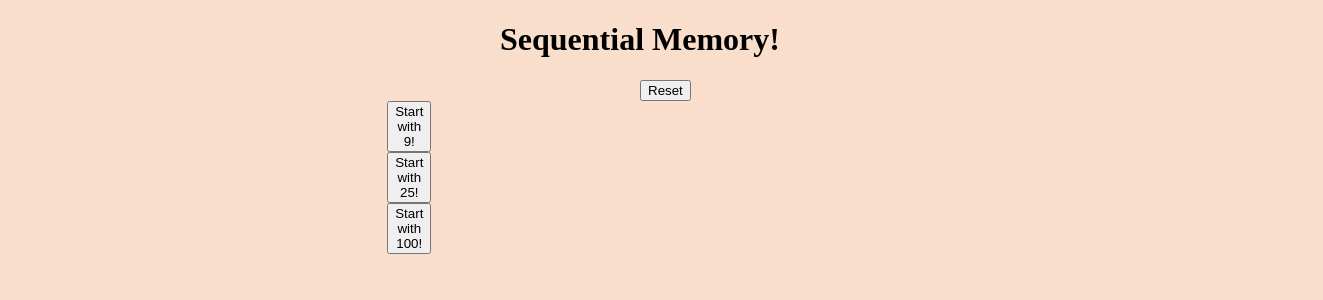
Repository: HyveMynd/htdocs
Page: PS1/MemoryNumbers.html
These files come from the project's save history. The page is drawn as it stood at one moment and after the next save; the edit follows.
The browser window is 1280 px wide. The page is 1323 px wide, so the pictures cover 1323 px, including what lies to the right of the window. The pictures show the whole page.
Some web libraries are served in a nearby version.

Above is the page before, as saved 2013-01-22 04:26:50.

### PS1/MemoryNumbers.html
<!DOCTYPE html PUBLIC "-//W3C//DTD HTML 4.01 Transitional//EN" "http://www.w3.org/TR/html4/loose.dtd">
<html>
<head>
<meta http-equiv="Content-Type" content="text/html; charset=UTF-8">
<link rel="stylesheet" href="MemoryStyle.css" type="text/css" />
<script type="text/javascript" src="https://ajax.googleapis.com/ajax/libs/jquery/1.7.1/jquery.min.js"></script>
<script src="memory.js" type="text/javascript" ></script>
<title>Number Memory</title>
</head>
<body>
<h1>Sequential Memory!</h1>
<input id=reset type=button onclick=window.location.reload() value=Reset />
<div class=gameboard ></div>
<div class=select>
	<button id=num3 onclick="displayBoard(3)">Start with 9!</button>
	<button id=num5 onclick="displayBoard(5)">Start with 25!</button>
	<button id=num10 onclick="displayBoard(10)">Start with 100!</button>
</div>
</body>
</html>

### PS1/MemoryStyle.css
@CHARSET "UTF-8";
body { background-color:#f9dfcb; }
h1 { text-align:center; color:black }
table {
	text-align:center;
	color:black;
	border: 5px solid black;
	border-collapse:collapse;
	margin:auto;
	font-size:50px;
}
tr { border: 5px solid black; height: 100px; width: 100px; }
td { border: 5px solid black; height: 100px; width: 100px; }
p {text-align:center; font-size:30px}
.gameboard input {
	height:90px;
	width:90px;
	background-color:#faaaab;
	font-size:30px;
	color:#faaaab;
}
.select {
	margin-left:30%;
	margin-right:75%;
}
#reset {
	margin-left:50%;
	margin-right:50%;
}

### PS1/memory.js
var current = 0;
var numbers = new Array();
var rowsColumns;

function displayNumber(button){
	//show number in black
	$(button).css({color:"#000000"});
	var selected = $(button).val();
	//if the number is sequential, do not fade
	if (selected == current+1){
		current++;
	}
	//else reset the numbers to be invisible
	else{
		window.setTimeout(function () {showbutton();}, 500);
		current=0;
	}
	//check for game completion
	if(current == rowsColumns*rowsColumns){
		gameComplete();
	}
}

function showbutton(){
	//reset all the numbers back to blank
	$(".gameboard input").css({color:"#faaaab"});
}

function mouseDown(e){
	displayNumber();
}

function displayBoard(num){
	rowsColumns = num;
	for (var i = 0; i < num*num; i++){
		numbers[i] = i+1;
	}

	//add the buttons to the gameboard
	var board = "<table>";
	for (var r = 0; r < num; r++){
		var row = "<tr>";
		for (var c = 0; c < num; c++){
			var key = Math.floor(Math.random() * numbers.length-1);
			var number = numbers.splice(key, 1);
			//randomly select array numbers
			row += "<td><input type=button value="+number+" /></td>";
		}
		row += "</tr>";
		board += row;
	}
	board += "</table>";
	$(".gameboard").append(board);
	$("#twentyfive").hide();

	//tie gameboard buttons
	$(".gameboard input").click(function () { play(this); });
}

function play(button){
	//get the row and column of the button
	var td = $(button).parent();
	var col = td.parent().children().index(td);
	var row = td.parent().parent().children().index(td.parent());

	//toggle the number to display
	toggle(row, col);
}

function toggle (r,c){
	var button = $(".gameboard input").get(r*rowsColumns+c);
	displayNumber(button);
}

function gameComplete(){
	window.alert("Congratulations! You have won!");
}

After the next save:
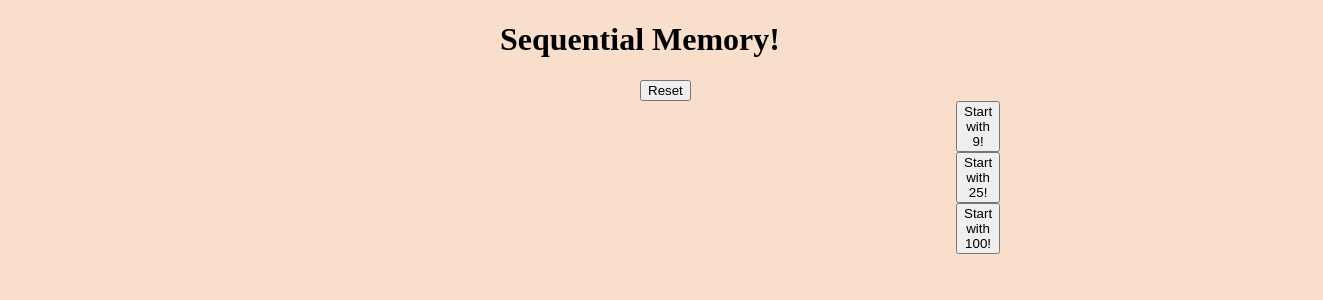
Saved 6 s later.
--- a/PS1/MemoryStyle.css
+++ b/PS1/MemoryStyle.css
@@ -20,7 +20,7 @@ p {text-align:center; font-size:30px}
 	color:#faaaab;
 }
 .select {
-	margin-left:30%;
+	margin-left:75%;
 	margin-right:75%;
 }
 #reset {
